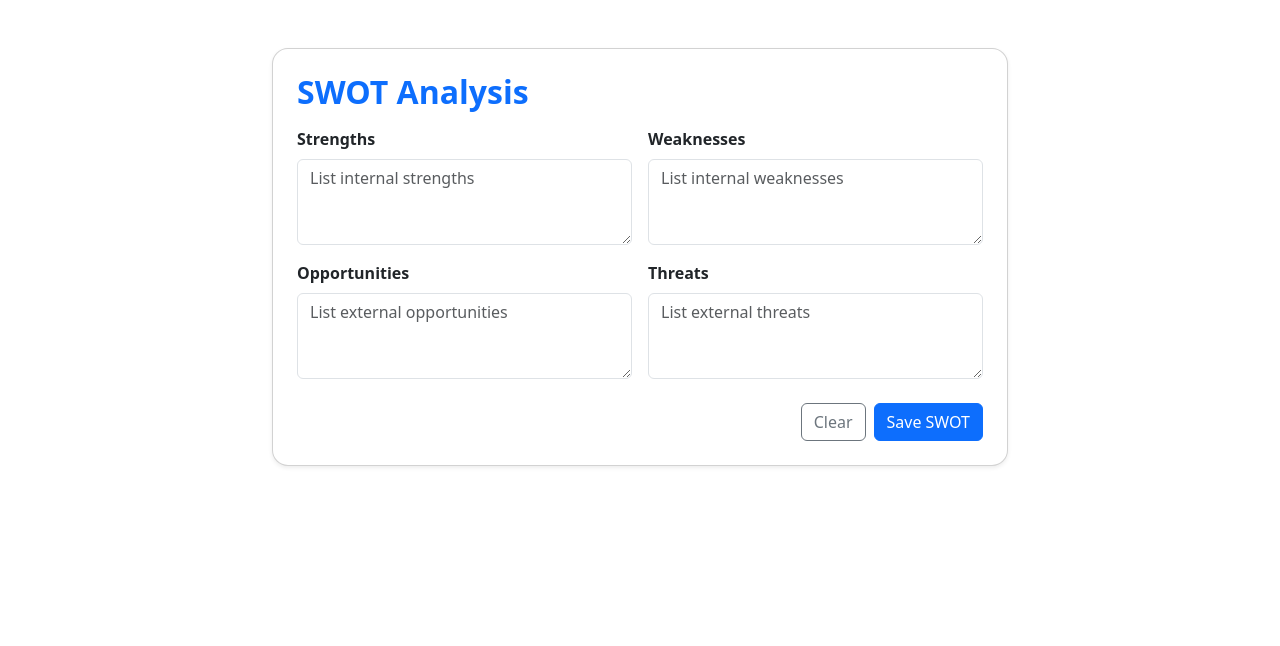
Repository: tonym642/bizcore360-wp
Page: pages/swot.html
The author's editor kept a copy of each file at every save. The page is drawn from the files as they stood at one save, then again after the next save.
The browser window is 1280 px wide. The pictures show the whole page.

Above is the page before, as saved 2025-10-22 14:58:18.

After the next save:
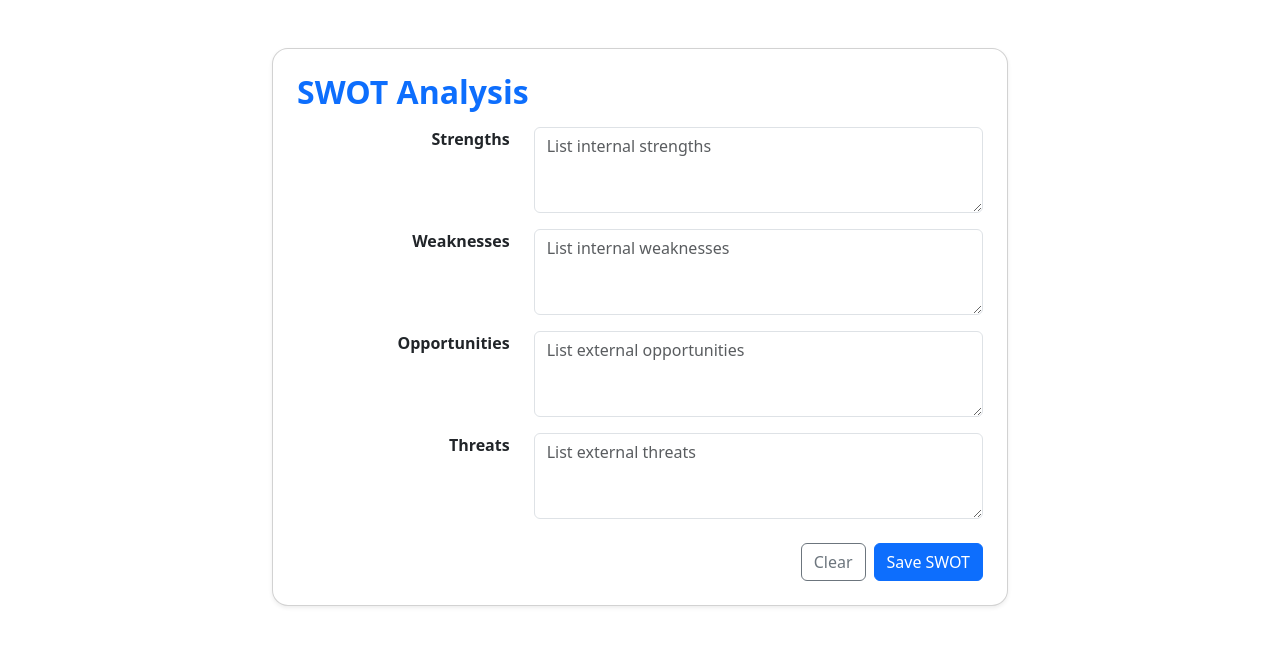
Saved 47 s later.
--- a/pages/swot.html
+++ b/pages/swot.html
@@ -15,22 +15,36 @@
         <div class="card shadow-sm p-4 rounded-4" id="swotCard">
           <h2 class="mb-3 fw-bold text-primary">SWOT Analysis</h2>
           <form id="swotForm" class="needs-validation" novalidate>
-            <div class="row g-3">
-              <div class="col-md-6">
-                <label class="form-label fw-semibold">Strengths</label>
-                <textarea class="form-control" id="swotStrengths" rows="3" placeholder="List internal strengths"></textarea>
+            <div class="row mb-3 flex-row align-items-start">
+              <div class="col-5 col-md-4 d-flex align-self-start justify-content-md-end justify-content-start">
+                <label for="swotStrengths" class="form-label fw-semibold w-100 text-md-end text-start mb-0">Strengths</label>
               </div>
-              <div class="col-md-6">
-                <label class="form-label fw-semibold">Weaknesses</label>
-                <textarea class="form-control" id="swotWeaknesses" rows="3" placeholder="List internal weaknesses"></textarea>
+              <div class="col-7 col-md-8">
+                <textarea class="form-control text-start" id="swotStrengths" rows="3" placeholder="List internal strengths"></textarea>
               </div>
-              <div class="col-md-6">
-                <label class="form-label fw-semibold">Opportunities</label>
-                <textarea class="form-control" id="swotOpportunities" rows="3" placeholder="List external opportunities"></textarea>
+            </div>
+            <div class="row mb-3 flex-row align-items-start">
+              <div class="col-5 col-md-4 d-flex align-self-start justify-content-md-end justify-content-start">
+                <label for="swotWeaknesses" class="form-label fw-semibold w-100 text-md-end text-start mb-0">Weaknesses</label>
               </div>
-              <div class="col-md-6">
-                <label class="form-label fw-semibold">Threats</label>
-                <textarea class="form-control" id="swotThreats" rows="3" placeholder="List external threats"></textarea>
+              <div class="col-7 col-md-8">
+                <textarea class="form-control text-start" id="swotWeaknesses" rows="3" placeholder="List internal weaknesses"></textarea>
+              </div>
+            </div>
+            <div class="row mb-3 flex-row align-items-start">
+              <div class="col-5 col-md-4 d-flex align-self-start justify-content-md-end justify-content-start">
+                <label for="swotOpportunities" class="form-label fw-semibold w-100 text-md-end text-start mb-0">Opportunities</label>
+              </div>
+              <div class="col-7 col-md-8">
+                <textarea class="form-control text-start" id="swotOpportunities" rows="3" placeholder="List external opportunities"></textarea>
+              </div>
+            </div>
+            <div class="row mb-3 flex-row align-items-start">
+              <div class="col-5 col-md-4 d-flex align-self-start justify-content-md-end justify-content-start">
+                <label for="swotThreats" class="form-label fw-semibold w-100 text-md-end text-start mb-0">Threats</label>
+              </div>
+              <div class="col-7 col-md-8">
+                <textarea class="form-control text-start" id="swotThreats" rows="3" placeholder="List external threats"></textarea>
               </div>
             </div>
             <div class="mt-4 d-flex justify-content-end">
@@ -48,3 +62,5 @@
   <script src="https://cdn.jsdelivr.net/npm/bootstrap@5.3.2/dist/js/bootstrap.bundle.min.js"></script>
 </body>
 </html>
+
+<!-- forced-sync: 2025-10-21 17:41:55 -->
